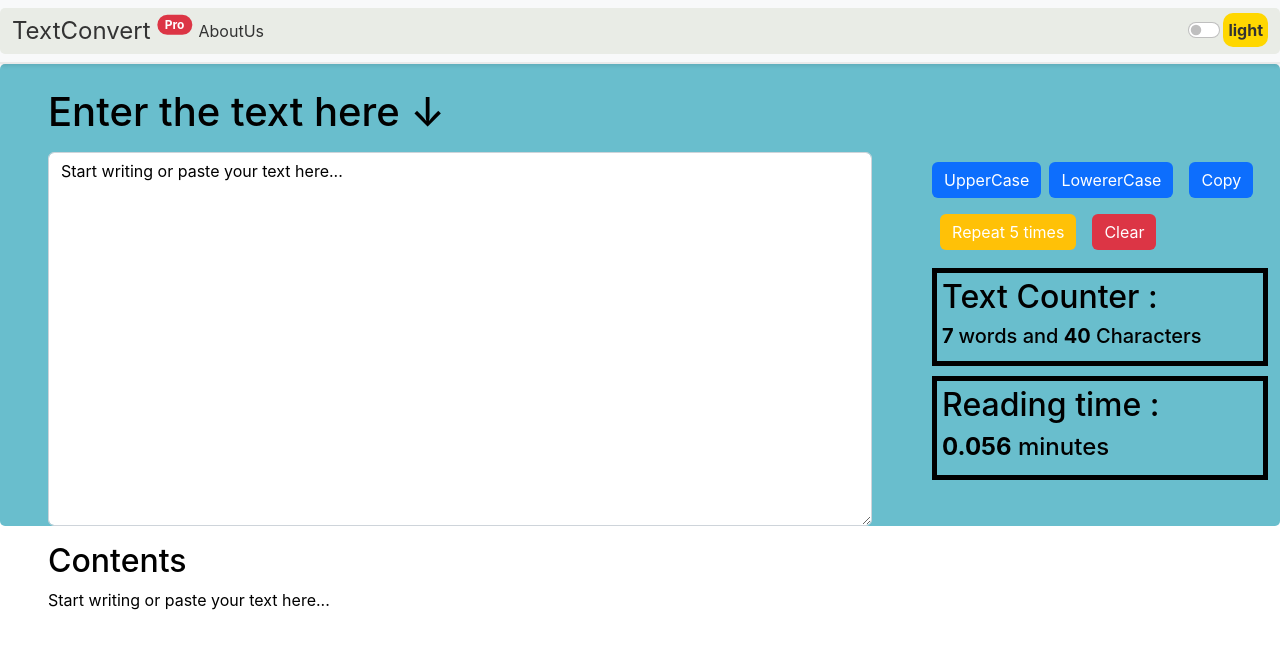
Repository: atha2810/TextConvertPro
Page: /TextConvertPro
These files come from the project's save history. The page is drawn as it stood at one moment and after the next save; the edit follows.
The browser window is 1280 px wide. The pictures show the whole page.
The project was rebuilt for these pictures with package versions that can differ from the ones it lists, and the page was loaded fresh each time. Also part of the build but not shown: src/css/About.css, src/components/About.js, src/css/TextForm.css.

Above is the page before, as saved 2024-07-25 19:47:17.

After the next save:
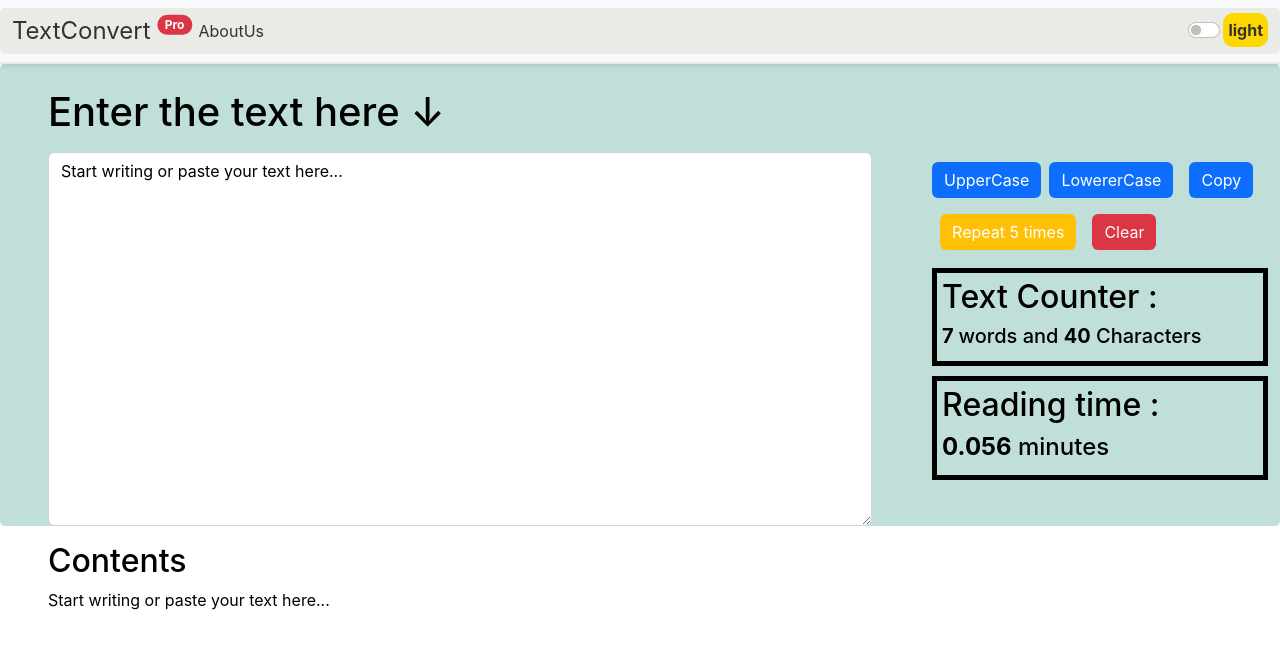
Saved 16 s later.
--- a/src/TextForm.js
+++ b/src/TextForm.js
@@ -32,7 +32,7 @@
       <div
         style={{
           display: "flex",
-          backgroundColor: "#69BECD",
+          backgroundColor: "#C0DFD9",
           borderRadius: "5px",
         }}
       >

After the save that followed:
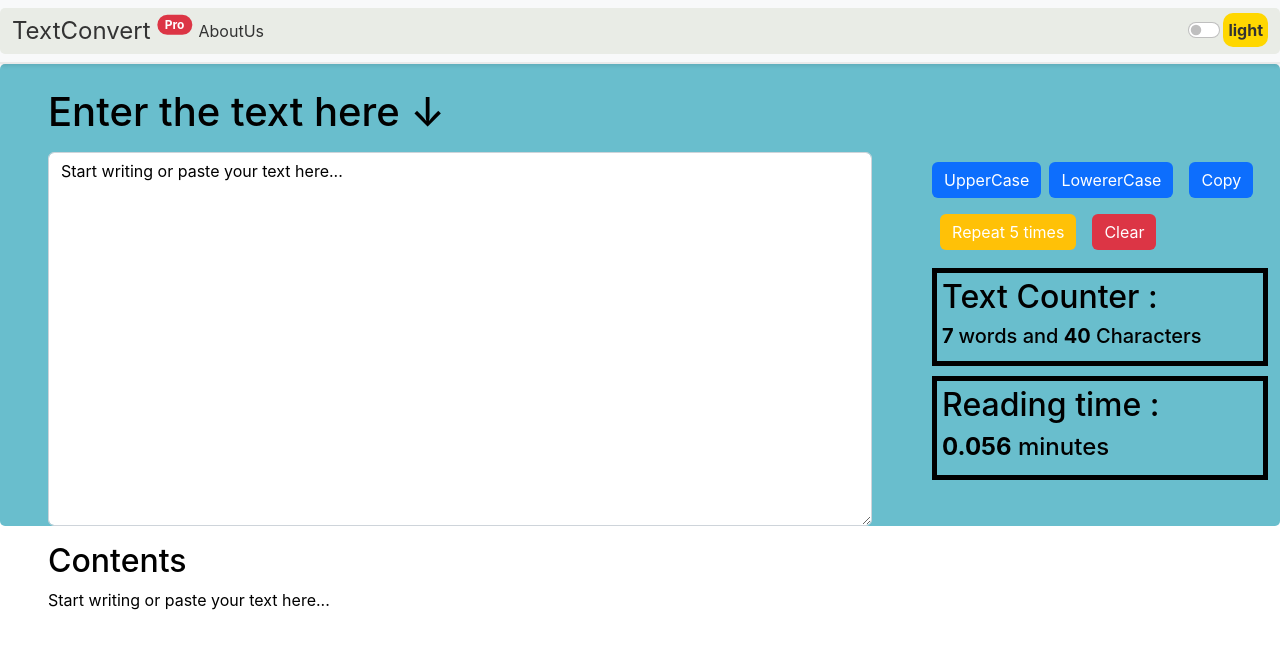
Saved 41 s later.
--- a/src/TextForm.js
+++ b/src/TextForm.js
@@ -32,7 +32,7 @@
       <div
         style={{
           display: "flex",
-          backgroundColor: "#C0DFD9",
+          backgroundColor: "#69BECD",
           borderRadius: "5px",
         }}
       >
